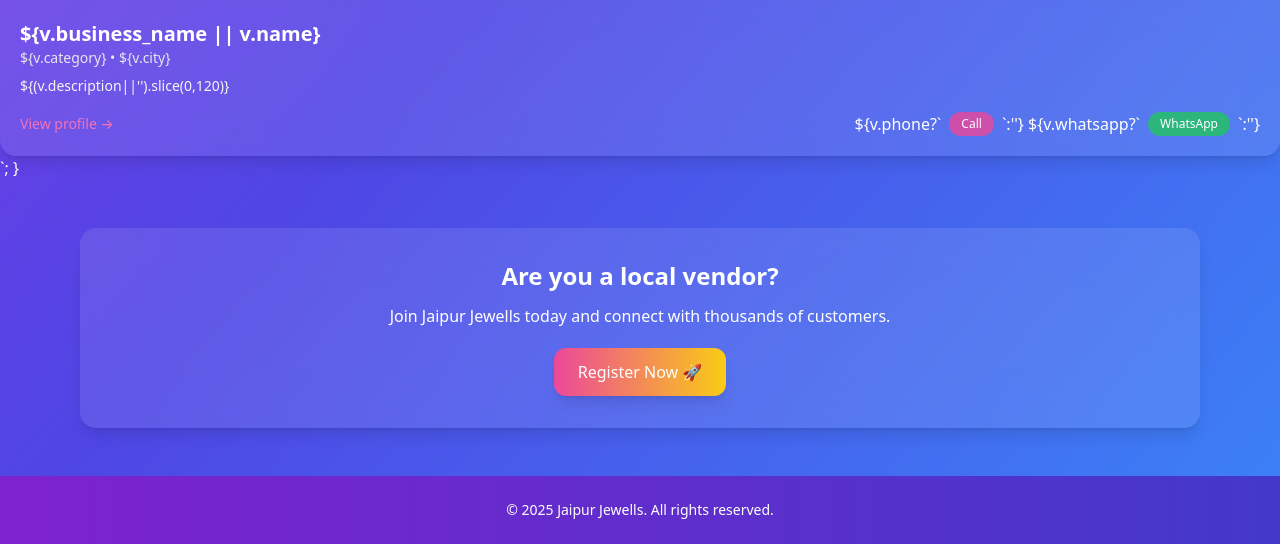
Repository: aayushtailor/VendorConnect
Page: index.html
The author's editor kept a copy of each file at every save. The page is drawn from the files as they stood at one save, then again after a run of saves.
The browser window is 1280 px wide. The pictures show the part of the page from y = 940 to 1484 px (the page is 1484 px tall before and 1460 px after).
Some web libraries are served in a nearby version.

Above is the page before, as saved 2025-09-20 11:19:39.
Console error: TypeError: Cannot read properties of null (reading 'value')

### index.html
<!doctype html>
<html lang="en">
<head>
  <meta charset="utf-8" />
  <meta name="viewport" content="width=device-width, initial-scale=1" />
  <title>Jaipur Jewells — Trendy Vendor Directory</title>
  <script src="https://cdn.tailwindcss.com"></script>
  <link href="https://unpkg.com/aos@2.3.1/dist/aos.css" rel="stylesheet">
  <script src="https://unpkg.com/aos@2.3.1/dist/aos.js"></script>
  <link rel="stylesheet" href="styles.css">
</head>
<body class="bg-gradient-to-br from-purple-600 via-indigo-600 to-blue-500 text-white">

  <!-- Hero Section -->
  <section class="relative h-[80vh] flex flex-col justify-center items-center text-center px-4">
    <h1 data-aos="fade-up" class="text-4xl md:text-6xl font-extrabold mb-4 drop-shadow-lg">
      Discover Jaipur’s Best Local Vendors ✨
    </h1>
    <p data-aos="fade-up" data-aos-delay="200" class="text-lg md:text-xl mb-6">
      Find trusted businesses for jewellery, fashion, weddings, and more.
    </p>
    <div data-aos="fade-up" data-aos-delay="400" class="flex w-full max-w-2xl bg-white/20 backdrop-blur-lg rounded-xl p-2">
      <input id="searchInput" placeholder="Search vendors..." class="flex-1 bg-transparent px-4 py-3 text-white placeholder-gray-300 focus:outline-none" />
      <button id="searchBtn" class="px-6 py-3 bg-pink-500 hover:bg-pink-600 rounded-lg text-white font-semibold">
        Search
      </button>
    </div>
  </section>

  <!-- Categories -->
  <section class="max-w-6xl mx-auto px-4 py-8">
    <h2 class="text-2xl font-bold mb-4">Browse by Category</h2>
    <div class="flex gap-3 overflow-x-auto pb-2">
      <div class="category-chip">💍 Jewellery</div>
      <div class="category-chip">🧵 Tailor</div>
      <div class="category-chip">📸 Photographer</div>
      <div class="category-chip">💄 Makeup Artist</div>
      <div class="category-chip">🎉 Event Planner</div>
    </div>
  </section>

 function makeCard(v){
  return `
    <div data-aos="fade-up"
         class="bg-white/10 backdrop-blur-lg rounded-2xl shadow-lg overflow-hidden transform hover:scale-[1.02] hover:shadow-pink-500/30 transition duration-300">
      <img src="placeholder.jpg" class="w-full h-44 object-cover" />
      <div class="p-5">
        <h3 class="text-xl font-semibold text-white">${v.business_name || v.name}</h3>
        <p class="text-sm text-gray-200">${v.category} • ${v.city}</p>
        <p class="mt-2 text-sm text-gray-100">${(v.description||'').slice(0,120)}</p>
        <div class="mt-4 flex justify-between items-center">
          <a href="vendor.html?id=${v.id}" class="text-sm text-pink-400 hover:text-pink-300 font-medium">View profile →</a>
          <div class="flex gap-2">
            ${v.phone?`<a href="tel:${v.phone}" class="text-xs px-3 py-1 bg-pink-500/80 hover:bg-pink-500 text-white rounded-full transition">Call</a>`:''}
            ${v.whatsapp?`<a href="https://wa.me/${v.whatsapp}" target="_blank" class="text-xs px-3 py-1 bg-green-500/80 hover:bg-green-500 text-white rounded-full transition">WhatsApp</a>`:''}
          </div>
        </div>
      </div>
    </div>
  `;
}


  <!-- CTA Banner -->
  <section class="max-w-6xl mx-auto px-4 py-12 text-center">
    <div class="bg-white/10 backdrop-blur-xl rounded-2xl p-8 shadow-lg">
      <h3 class="text-2xl font-bold mb-3">Are you a local vendor?</h3>
      <p class="mb-5">Join Jaipur Jewells today and connect with thousands of customers.</p>
      <button id="openRegister" class="px-6 py-3 bg-gradient-to-r from-pink-500 to-yellow-400 text-white rounded-xl shadow-lg hover:scale-105 transition">
        Register Now 🚀
      </button>
    </div>
  </section>

  <!-- Footer -->
  <footer class="bg-gradient-to-r from-purple-700 to-indigo-700 text-center py-6">
    <p class="text-sm">&copy; 2025 Jaipur Jewells. All rights reserved.</p>
  </footer>

  <script src="app.js"></script>
  <script>AOS.init({ duration: 800, once: true });</script>
</body>
</html>

### styles.css
/* Custom styles */
body {
  font-family: ui-sans-serif, system-ui, -apple-system, 'Segoe UI', Roboto, Arial, sans-serif;
}

#registerModal { display: flex; }
#registerModal.hidden { display: none; }
.category-chip {
  background: rgba(255,255,255,0.15);
  backdrop-filter: blur(10px);
  padding: 10px 18px;
  border-radius: 9999px;
  font-weight: 500;
  white-space: nowrap;
  transition: 0.2s;
}
.category-chip:hover {
  background: rgba(255,255,255,0.25);
  cursor: pointer;
}

### app.js
// Dummy data (later connect with Flask)
const dummyVendors = [
  { id: 1, name: "Aayush Tailor", business_name: "Elegant Stitches", category: "Tailor", city: "Jaipur", description: "Custom clothing and modern designs.", phone: "9998887777" },
  { id: 2, name: "Rohan Jewels", business_name: "Rohan Goldsmith", category: "Jewellery", city: "Jaipur", description: "Traditional and modern gold jewellery.", whatsapp: "9995554444" }
];

function makeCard(v){
  return `
    <div data-aos="fade-up" class="bg-white rounded-lg shadow overflow-hidden">
      <img src="placeholder.jpg" class="w-full h-44 object-cover" />
      <div class="p-4">
        <h3 class="text-lg font-semibold">${v.business_name || v.name}</h3>
        <p class="text-sm text-gray-500">${v.category} • ${v.city}</p>
        <p class="mt-2 text-sm text-gray-700">${(v.description||'').slice(0,120)}</p>
        <div class="mt-3 flex justify-between items-center">
          <a href="vendor.html?id=${v.id}" class="text-sm text-indigo-600">View profile</a>
          <div class="flex gap-2">
            ${v.phone?`<a href="tel:${v.phone}" class="text-sm px-3 py-1 border rounded">Call</a>`:''}
            ${v.whatsapp?`<a href="https://wa.me/${v.whatsapp}" target="_blank" class="text-sm px-3 py-1 border rounded">WhatsApp</a>`:''}
          </div>
        </div>
      </div>
    </div>
  `;
}

function render(){
  const grid = document.getElementById('vendorsGrid');
  const search = document.getElementById('searchInput').value.toLowerCase();
  const cat = document.getElementById('categoryFilter').value.toLowerCase();
  const filtered = dummyVendors.filter(v=>{
    const text = `${v.business_name} ${v.name} ${v.category} ${v.city}`.toLowerCase();
    return (!cat || v.category.toLowerCase().includes(cat)) && (!search || text.includes(search));
  });
  grid.innerHTML = filtered.map(makeCard).join('');
  document.getElementById('noResults').classList.toggle('hidden', filtered.length>0);
  AOS.refresh();
}

document.addEventListener('DOMContentLoaded', ()=>{
  render();
  document.getElementById('searchBtn').onclick = render;
  document.getElementById('categoryFilter').onchange = render;

  const modal = document.getElementById('registerModal');
  document.getElementById('openRegister').onclick = ()=> modal.classList.remove('hidden');
  document.getElementById('closeRegister').onclick = ()=> modal.classList.add('hidden');

  document.getElementById('registerForm').onsubmit = (e)=>{
    e.preventDefault();
    alert("Registration form submitted (frontend only, backend coming soon).");
    modal.classList.add('hidden');
  };
});

After the next 2 saves:
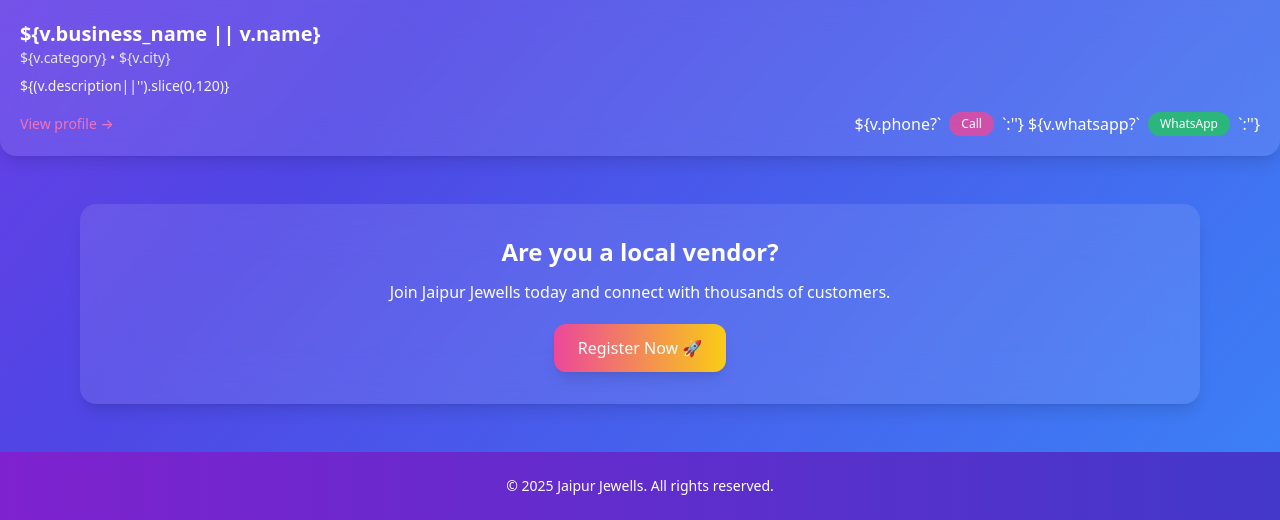
The 2 saves are shown as one change because they came seconds apart.
The last was saved 19 s later.
--- a/index.html
+++ b/index.html
@@ -57,8 +57,8 @@
         </div>
       </div>
     </div>
-  `;
-}
+
+
 
 
   <!-- CTA Banner -->
